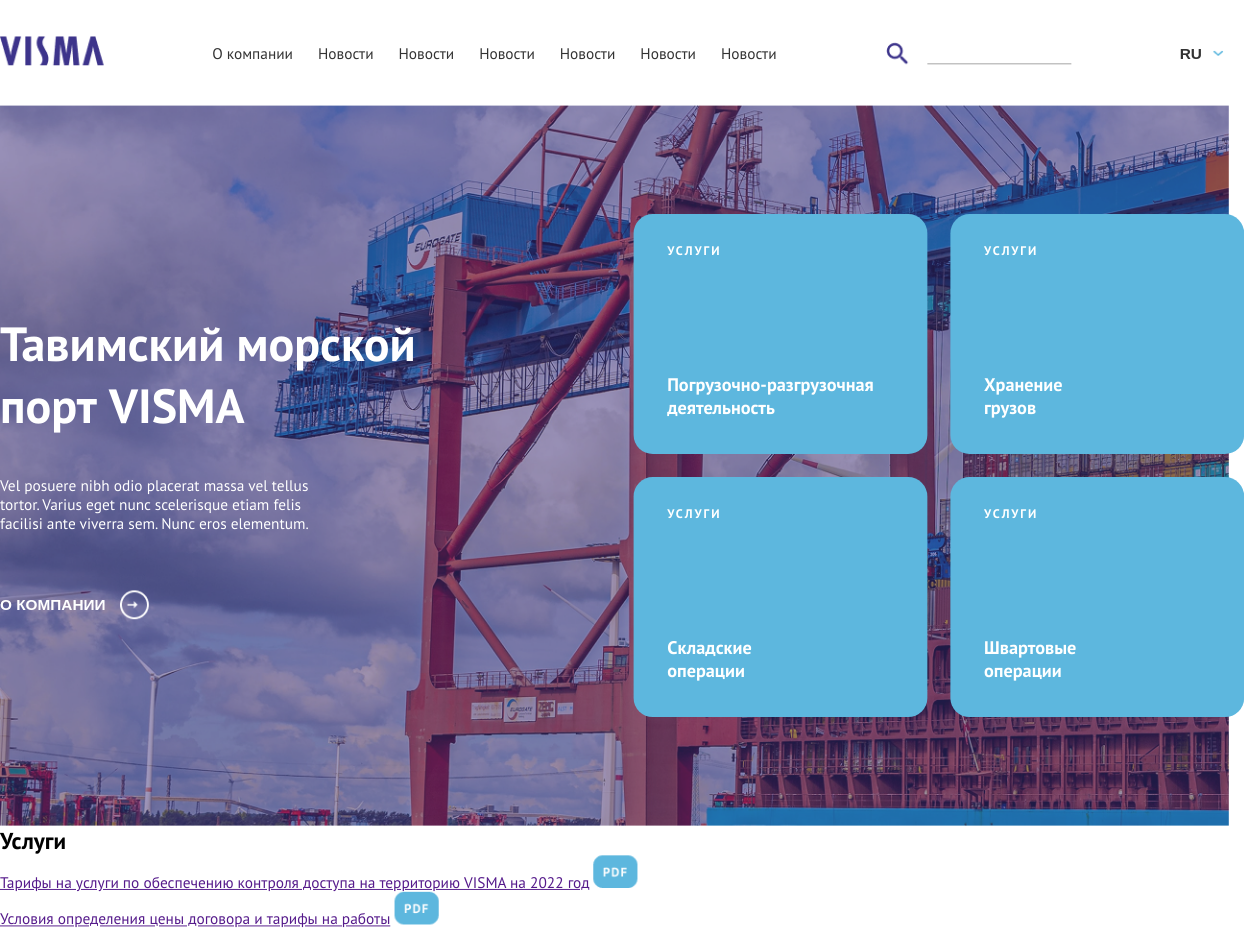
Repository: Shaiyr1/Visma
Page: index.html
These files come from the project's save history. The page is drawn as it stood at one moment and after a run of saves; the edit follows.
The browser window is 1280 px wide. The page is 1296 px wide, so the pictures cover 1296 px, including what lies to the right of the window. The pictures show the whole page, at 96% of full size.
The style sheet was rebuilt from its Sass, Less or Tailwind sources for each picture, by a compiler version that may differ from the author's.

Above is the page before, as saved 2026-09-16 14:23:44.

After the next 2 saves:
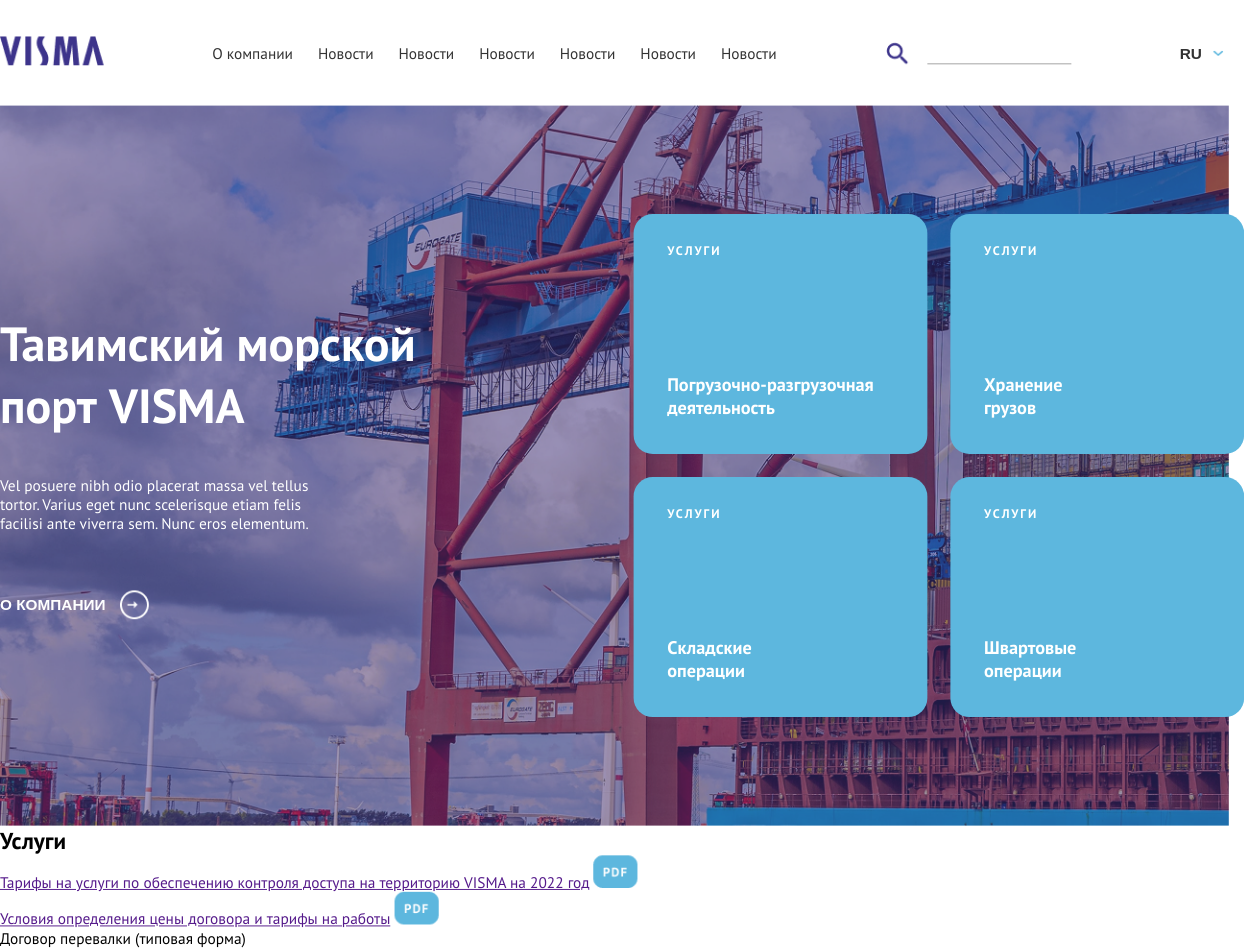
The 2 saves are shown as one change because they came seconds apart.
The last was saved 13 s later.
--- a/index.html
+++ b/index.html
@@ -100,6 +100,7 @@
                             <a class="services-block__li-link" href="">Условия определения цены договора и тарифы на работы</a>
                             <img src="./src/img/Frame 50.png" alt="images">
                         </li>
+                        Договор перевалки (типовая форма)
                     </ul>
                 </div>
             </div>
